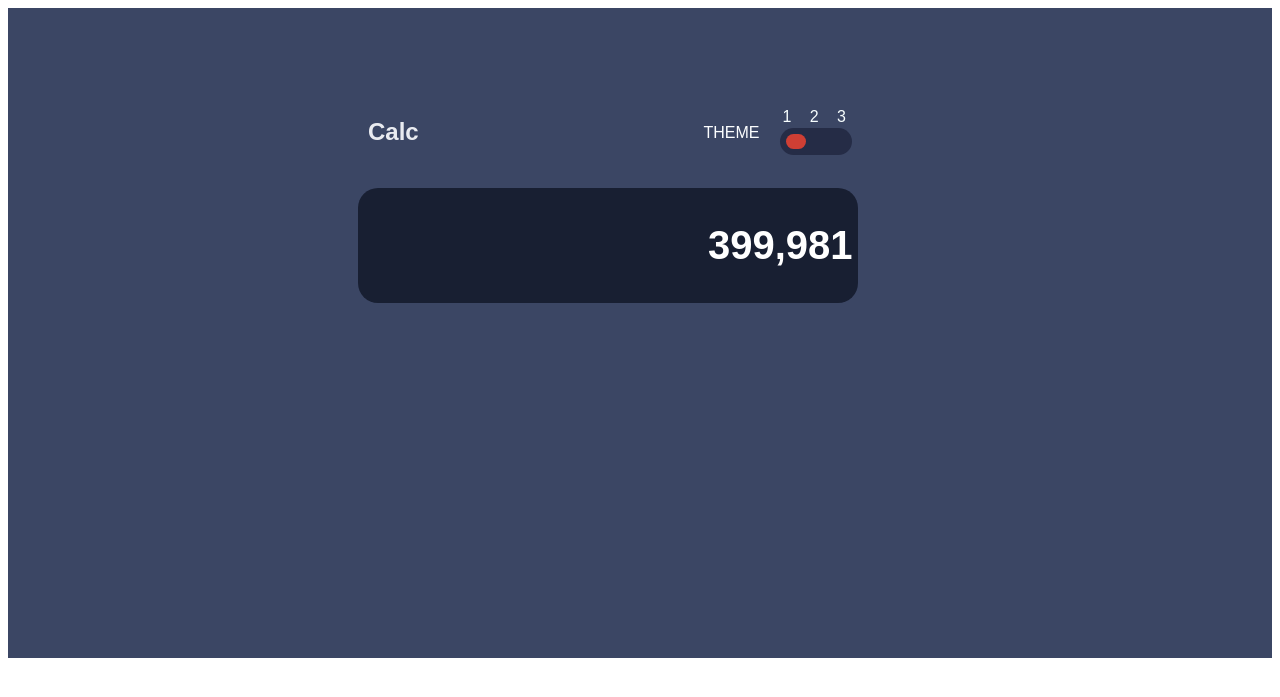
Repository: Bakyproit/Calcutor
Page: SimpleCalculatorApp.html
The author's editor kept a copy of each file at every save. The page is drawn from the files as they stood at one save, then again after a run of saves.
The browser window is 1280 px wide. The pictures show the whole page.

Above is the page before, as saved 2022-02-09 16:10:32.

After the next 2 saves:
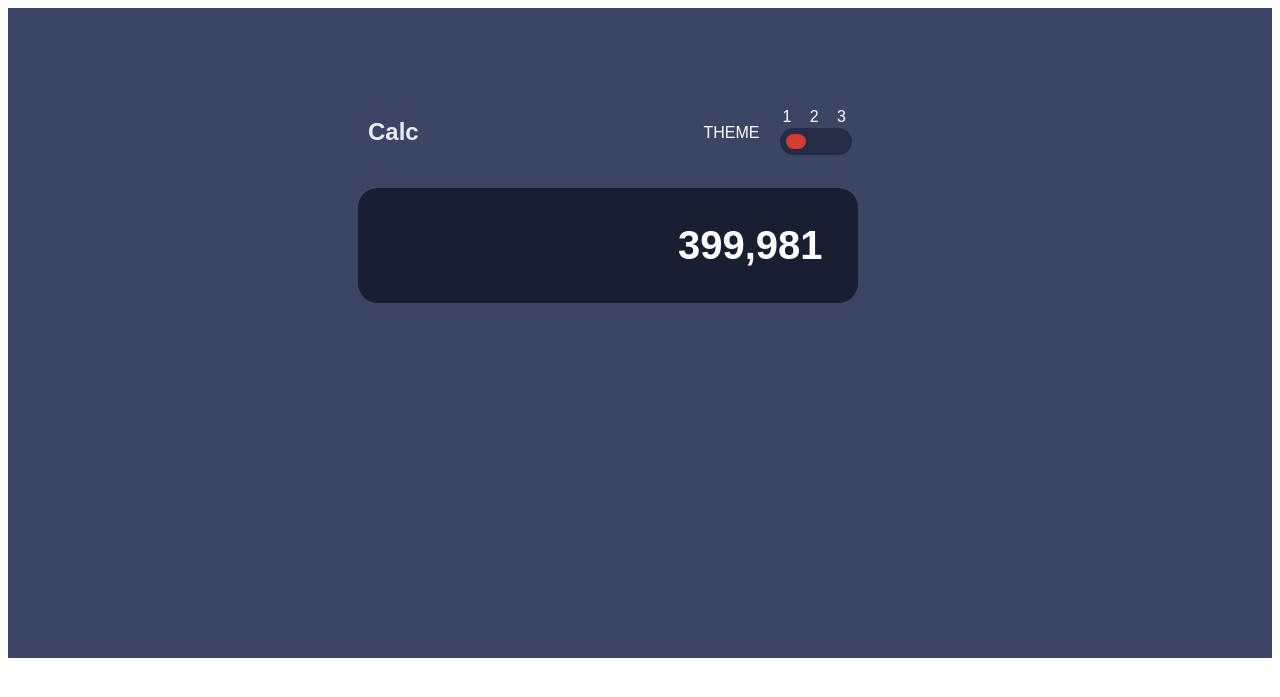
The 2 saves are shown as one change because they came seconds apart.
The last was saved 15 s later.
--- a/asset/App.css
+++ b/asset/App.css
@@ -95,7 +95,7 @@ h1{
 }
 .app__content-number{
     padding: 35px 0 ;
-    padding-left: 350px;
+    padding-left: 320px;
     color: #fff ;
     font-size: 40px;
 
